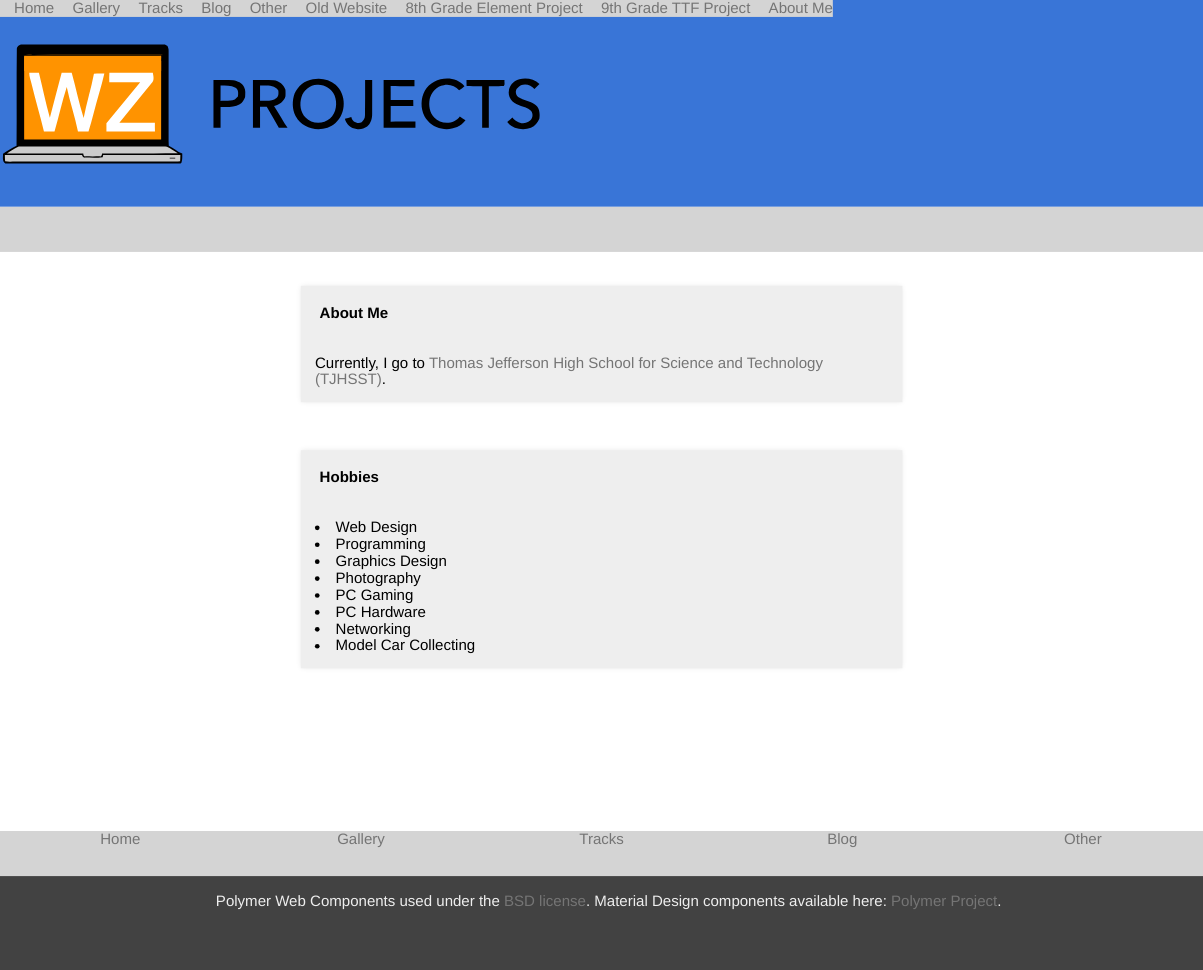
Repository: willzhang05/willzhang05.github.io-old
Page: about.html
The author's editor kept a record of every edit. The page is drawn from the files as they stood at one moment, then again after the next edit.
The browser window is 1280 px wide. The pictures show the whole page, at 94% of full size.

Above is the page before.

### about.html
<!DOCTYPE html>
<html>
	<head>
		<meta property="og:image" content="images/WZProjectslogo-vector.svg"/>
		<meta property="og:image:secure_url" content="images/WZProjectslogo-vector.svg"/>
		<meta charset="UTF-8">
		<meta name="description" content="William Zhang Projects">
		<meta name="author" content="William Zhang">
		<meta name=viewport content="width=device-width, initial-scale=1">
		<link rel="icon" type="image/png" href="images/favicon-image.png">
		<link rel="stylesheet" href="main-style.css">
		<link rel="import" href="bower_components/polymer/polymer.html">
		<link rel="import" href="bower_components/paper-ripple/paper-ripple.html">
		<link rel="import" href="bower_components/core-icons/core-icons.html">
		<link rel="import" href="bower_components/font-roboto/roboto.html">
		<link rel="import" href="bower_components/core-icon-button/core-icon-button.html">
		<link rel="import" href="bower_components/core-drawer-panel/core-drawer-panel.html">
		<link rel="import" href="bower_components/paper-elements/paper-elements.html">
		<link rel="import" href="bower_components/core-menu/core-menu.html">
		<link rel="import" href="bower_components/paper-shadow/paper-shadow.html">
	</head>
	<title>
		About - WZProjects
	</title>
	<body>
		<core-drawer-panel responsiveWidth="1920px">
			<div id="drawer" drawer>
				<paper-item>
					<a class="links" href="http://willzhang05.github.io">
						Home
					</a>
				</paper-item>
				<paper-item>
					<a class="links" href="http://willzhang05.github.io/gallery">
						Gallery
					</a>
				</paper-item>
				<paper-item>
					<a class="links" href="http://willzhang05.github.io/tracks">
						Tracks
					</a>
				</paper-item>
				<paper-item>
					<a class="links" href="http://thewiztechblog.blogspot.com/">
						Blog
					</a>
				</paper-item>
				<paper-item>
					<a class="links" href="http://willzhang05.github.io/other">
						Other
					</a>
				</paper-item>
				<paper-item>
					<a class="links" href="http://williamzhangprojects.weebly.com/">
						Old Website
					</a>
				</paper-item>
				<paper-item>
					<a class="links" href="http://aluminumelementresearchproject.weebly.com/">
						8th Grade Element Project
					</a>
				</paper-item>
				<paper-item>
					<a class="links" href="http://willzhang05.github.io/bower_components/impress.js/">
						9th Grade TTF Project
					</a>
				</paper-item>
				<paper-item>
					<a class="links" href="http://willzhang05.github.io/about">
						About Me
					</a>
				</paper-item>
	        </div>
			<div id="wrapper" main>
				<paper-shadow>
					<div id="header-wrapper">
						<div id="header-banner">
							<div id="logo-wrapper">
								<a href="http://willzhang05.github.io">
									<img src="images/WZProjectslogo-vector.svg" width="100%" height="100%" alt="WZProjects"/>
								</a>
							</div>
						</div>
						<div id="header-navbar">
							<paper-icon-button style="margin:4px" icon="menu" core-drawer-toggle>
							</paper-icon-button>
						</div>
					</div>
				</paper-shadow>
				<div id="content">
					<paper-shadow z="1">
						<div class="card">
							<h1>About Me</h1>
							<div class="description">
								Currently, I go to
								<a class="source" href="http://www.tjhsst.edu/" target="_blank">Thomas Jefferson High School for Science and Technology (TJHSST)</a>.
							</div>
							<!--<div class="description">
								Zurzeit, gehe ich zu
								<a class="source" href="http://www.tjhsst.edu/" target="_blank">Thomas Jefferson Gymnasium für Wissenschaft und Technik (TJHSST)</a>.
							</div>
							<div class="description">
								目前, 我在
								<a class="source" href="http://www.tjhsst.edu/" target="_blank">“Thomas Jefferson High School for Science and Technology" (TJHSST)</a>
								上学.
							</div>-->
						</div>
					</paper-shadow>
					<paper-shadow z="1">
						<div class="card">
							<h1>Hobbies</h1>
							<div class="description">
								<li>
									Web Design
								</li>
								<li>
									Programming
								</li>
								<li>
									Graphics Design
								</li>
								<li>
									Photography
								</li>
								<li>
									PC Gaming
								</li>
								<li>
									PC Hardware
								</li>
								<li>
									Networking
								</li>
								<li>
									Model Car Collecting
								</li>
							</div>
						</div>
					</paper-shadow>
				</div>
				<paper-shadow>
					<div id="footer">
						<paper-shadow z="1">
							<div class="categories">
								<paper-item style="width:20%; float:left; text-align:center;">
									<a class="links" href="http://willzhang05.github.io">
										Home
									</a>
								</paper-item>
								<paper-item style="width:20%; float:left; text-align:center;">
									<a class="links" href="http://willzhang05.github.io/gallery">
										Gallery
									</a>
								</paper-item>
								<paper-item style="width:20%; float:left; text-align:center;">
									<a class="links" href="http://willzhang05.github.io/tracks">
										Tracks
									</a>
								</paper-item>
								<paper-item style="width:20%; float:left; text-align:center;">
									<a class="links" href="http://thewiztechblog.blogspot.com">
										Blog
									</a>
								</paper-item>
								<paper-item style="width:20%; float:left; text-align:center;">
									<a class="links" href="http://willzhang05.github.io/other">
										Other
									</a>
								</paper-item>
							</div>
						</paper-shadow>
						<paper-shadow z="1">
							<div class="attribution">
								<br/>
								<span style="margin-left:15px; display:inline-block;">
									Polymer Web Components used under the
									<a class="source" href="http://polymer.github.io/LICENSE.txt" target="_blank">BSD license</a>.
									Material Design components available here:
									<a class="source" href="http://www.polymer-project.org/" target="_blank">Polymer Project</a>.
								</span>
							</div>
						</paper-shadow>
					</div>
				</paper-shadow>
			</div>
		</core-drawer-panel>
	</body>
</html>

### main-style.css
/*http://meyerweb.com/eric/tools/css/reset/*/

html, body, div, span, applet, object, iframe,
h2, h3, h4, h5, h6, p, blockquote, pre,
a, abbr, acronym, address, big, cite, code,
del, dfn, em, img, ins, kbd, q, s, samp,
small, strike, strong, sub, sup, tt, var,
b, u, i, center,
dl, dt, dd, ol, ul, li,
fieldset, form, label, legend,
table, caption, tbody, tfoot, thead, tr, th, td,
article, aside, canvas, details, embed,
figure, figcaption, footer, header, hgroup,
menu, nav, output, ruby, section, summary,
time, mark, audio, video {
    margin: 0;
    padding: 0;
    border: 0;
    font-size: 100%;
    font: inherit;
    vertical-align: baseline;
}

body {
	width: 100%;
	font-family: RobotoDraft, Helvetica Neue, Helvetica, sans-serif;
	-webkit-user-select: none;
    -moz-user-select: none;
    -ms-user-select: none;
    user-select: none;
    -webkit-tap-highlight-color: rgba(0,0,0,0);
    -webkit-touch-callout: none;
}

a {
	color: #757575;
	text-decoration: none;
	-webkit-transition: all 0.2s ease;
  	-moz-transition: all 0.2s ease;
  	-ms-transition: all 0.2s ease;
  	-o-transition: all 0.2s ease;
   	transition: all 0.2s ease;
}

.links:hover {
	color: black;
	font-weight: bold;
}

.source:hover {
	color: black;
	text-decoration: underline;
}

h1 {
	font-size: 16px;
	margin: 5px;
}

#drawer {
	position: absolute;
	z-index: 1;
	background-color: #D4D4D4;
}

#drawer > paper-item > .links {
	margin-left:15px;
}


#wrapper {
	min-height: 100%;
	position: relative;
	overflow-y:scroll;
    z-index: 0;
    top: 0;
    left: 0;
    -webkit-transition: all 0.3s;
    -moz-transition: all 0.3s;
    -ms-transition: all 0.3s;
    -o-transition: all 0.3s;
    transition: all 0.3s;
}

#header-wrapper {
	height:268px;
	/*background:linear-gradient(#FF6D00, rgb(57,117,215));*/
}

#header-banner {
	min-width:100%;
	height: 220px;
	float: left;
	clear: both;
	background-color: rgb(57,117,215);
}

#logo-wrapper {
	max-width:640px;
	height:100%;
	float:left;
}

#header-navbar {
	min-width:100%;
	height: 48px;
	float:left;
	clear: both;
	background-color:#D4D4D4 /*#1976D2*/;
	/*-webkit-box-shadow: 0 0 6px rgba(0,0,0,0.1);
	box-shadow: 0 0 6px rgba(0,0,0,0.1);*/
}

.sidebar {
	height: 500px;
	float: left;
	margin-bottom: 0px;
	background-color: #EEEEEE;
	/*-webkit-box-shadow: 0 0 6px rgba(0,0,0,0.1);
	box-shadow: 0 0 6px rgba(0,0,0,0.1);*/
	overflow-y: auto;
	position: relative;
}

#content {
	overflow: hidden;
	padding-top: 10px;
   	padding-bottom: 148px;
}

.card {
	cursor: pointer;
	width: 50%;
	margin-top: 2%;
	margin-bottom: 2%;
	margin-left: 25%;
	float: left;
	overflow: hidden;
	background-color: #EEEEEE;
	-webkit-box-shadow: 0 0 6px rgba(0,0,0,0.1);
	box-shadow: 0 0 6px rgba(0,0,0,0.1);
	-webkit-transition: all 0.3s ease;
  	-moz-transition: all 0.3s ease;
  	-ms-transition: all 0.3s ease;
  	-o-transition: all 0.3s ease;
   	transition: all 0.3s ease;

}

.card > h1 {
	padding: 15px;
}

.card:hover {
	box-shadow: 0 2px 10px 0 rgba(0, 0, 0, 0.16), 0 2px 5px 0 rgba(0, 0, 0, 0.26);
	margin-top: 1.75%;
	margin-bottom: 2.25%;
}

.card .description {
	padding: 15px;
}

.card .image, .video, .music {
	padding-left: 17.5%;
	padding-right: 17.5%;
	border:none;
}

#footer {
	width: 100%;
	height: 148px;
	overflow: hidden;
	clear: both;
	bottom: 0;
	left: 0;
}

.categories {
	width: 100%;
	height: 48px;
	overflow: hidden;
	background-color: #D4D4D4;
	/*-webkit-box-shadow: 0 0 6px rgba(0,0,0,0.1);
	box-shadow: 0 0 6px rgba(0,0,0,0.1);*/
	/*position:fixed;
	top:95%;*/
}

.attribution {
	width: 100%;
	height: 100px;
	overflow: hidden;
	background-color: #424242;
	color: #EEEEEE;
	text-align: center;
}

.test {
	color: black;
}

After the next edit:
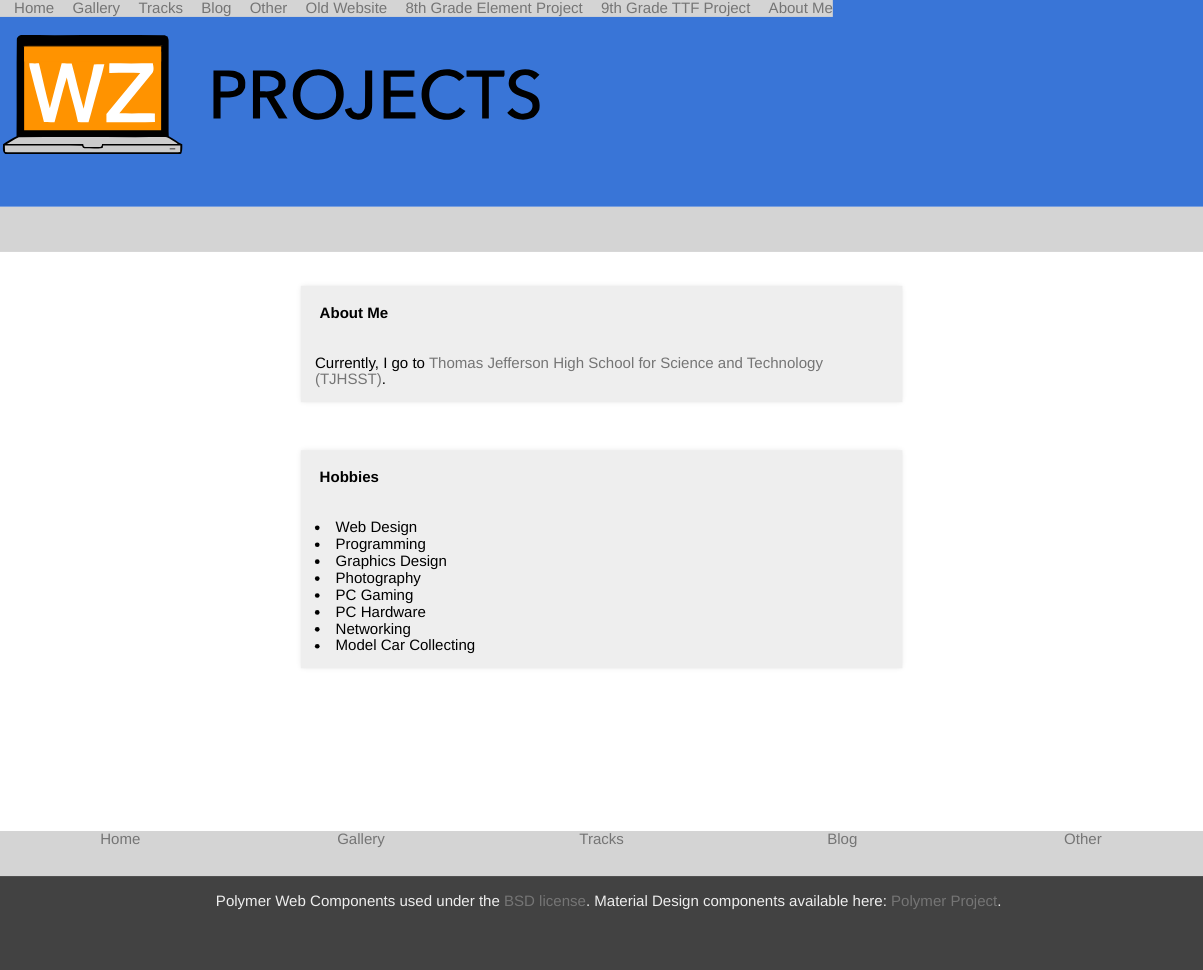
The edit:
--- a/main-style.css
+++ b/main-style.css
@@ -97,8 +97,7 @@
 
 #logo-wrapper {
 	max-width:640px;
-	height:100%;
-	float:left;
+	max-height:100%;
 }
 
 #header-navbar {
